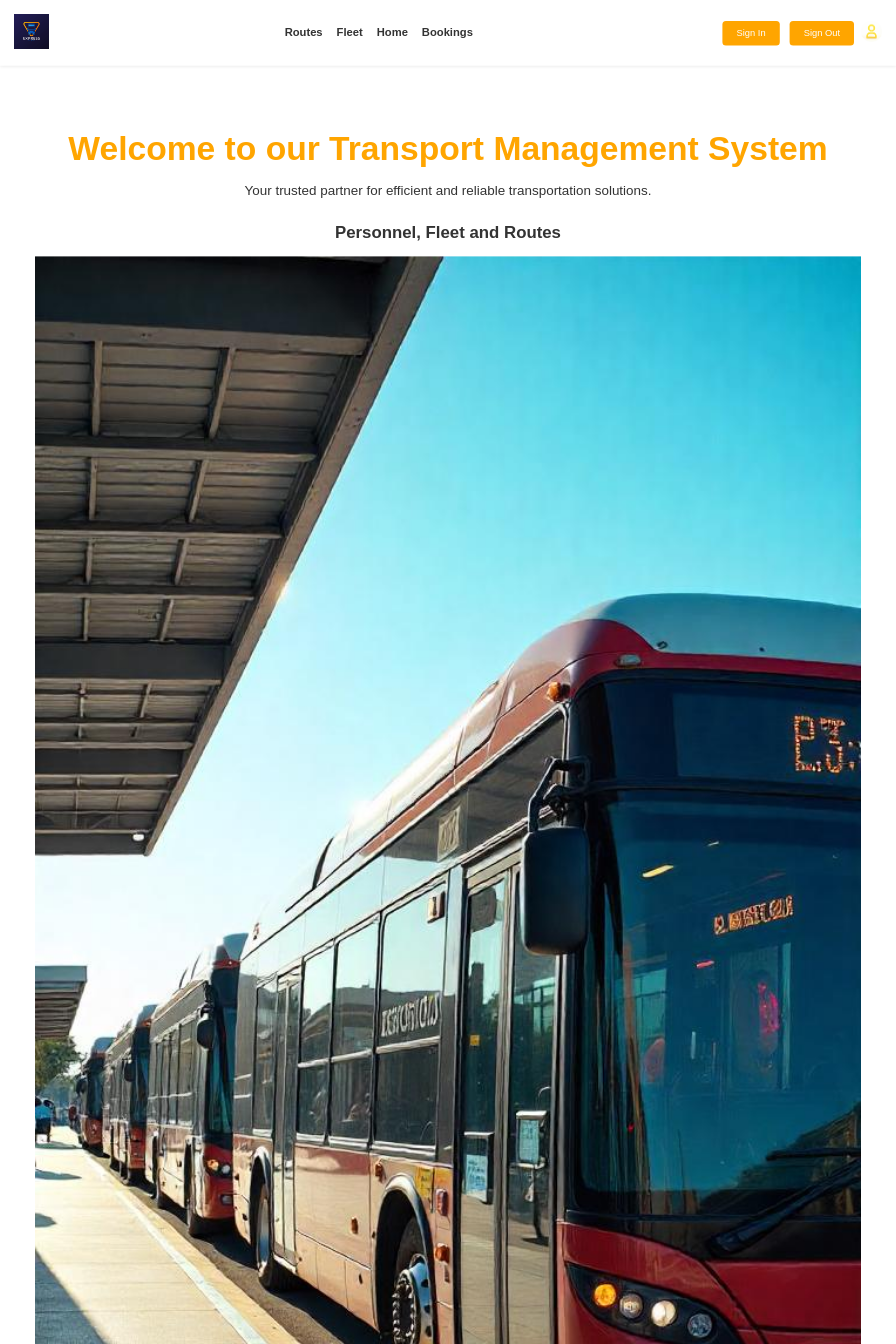
Repository: Ndegwa2/Smart-Transport-System
Page: client/landing page.html
The author's editor kept a copy of each file at every save. The page is drawn from the files as they stood at one save, then again after the next save.
The browser window is 1280 px wide. The pictures show the part of the page from y = 0 to 1920 px (the page is 3678 px tall), at 70% of full size.

Above is the page before, as saved 2025-03-27 22:28:51.
Not found: client/style.css

After the next save:
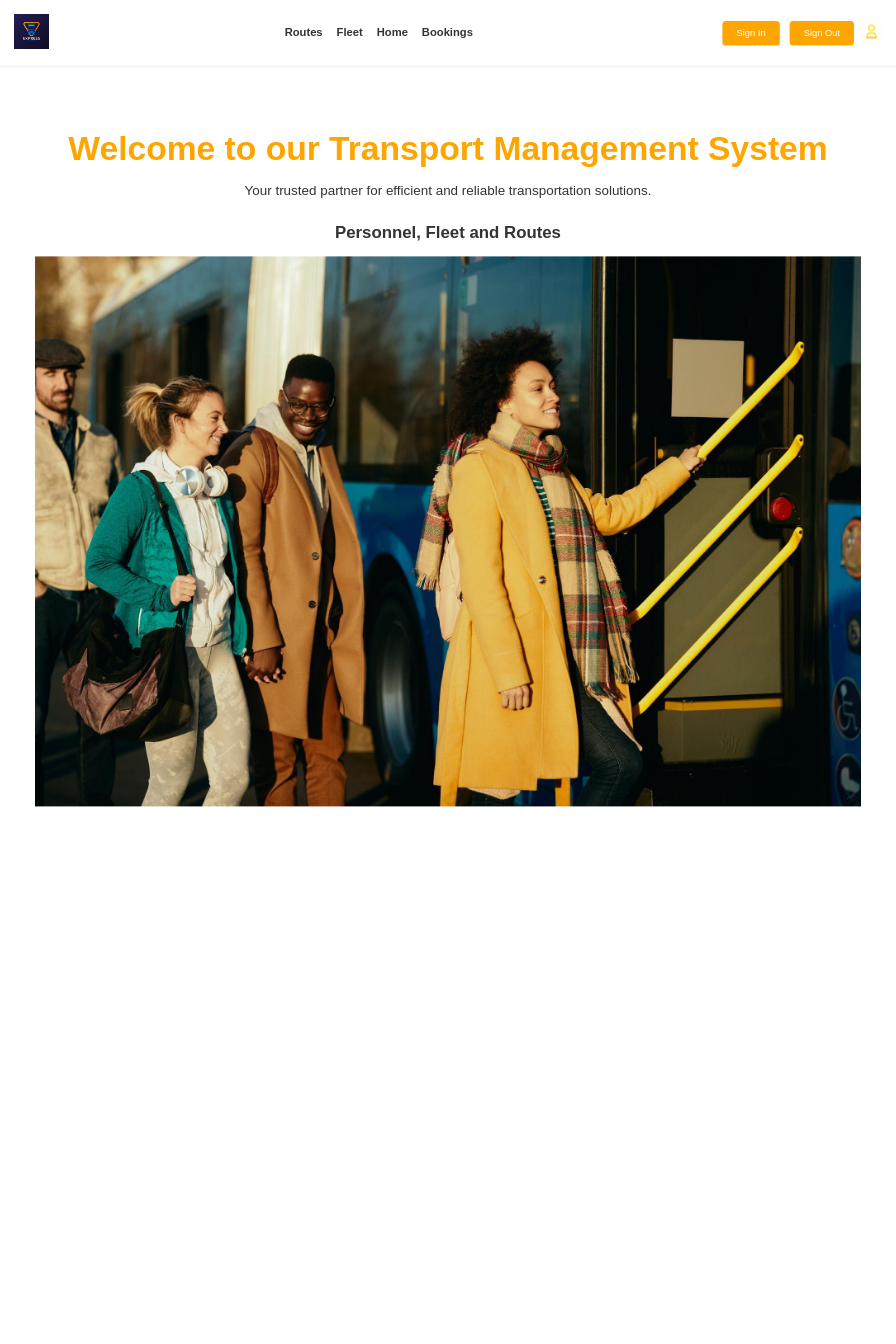
Saved 75 s later.
--- a/client/landing page.html
+++ b/client/landing page.html
@@ -226,13 +226,13 @@ footer {
             <h2>Personnel, Fleet and Routes</h2>
             <div class="slideshow-container">
                 <div class="slide">
-                    <img src="client/freepik__the-style-is-candid-image-photography-with-natural__7047.jpeg" alt="Cashless Payment">
+                    <img src="freepik__upload__24644.jpeg" alt="Cashless Payment">
                 </div>
                 <div class="slide">
-                    <img src="client/freepik__the-style-is-candid-image-photography-with-natural__7048.png" alt="Fleet">
+                    <img src="freepik__the-style-is-candid-image-photography-with-natural__7046.jpeg" alt="Fleet">
                 </div>
                 <div class="slide">
-                    <img src="client/freepik__upload__24644.jpeg" alt="Efficient">
+                    <img src="freepik__the-style-is-candid-image-photography-with-natural__7047.jpeg" alt="Efficient">
                 </div>
             </div>
         </section>
